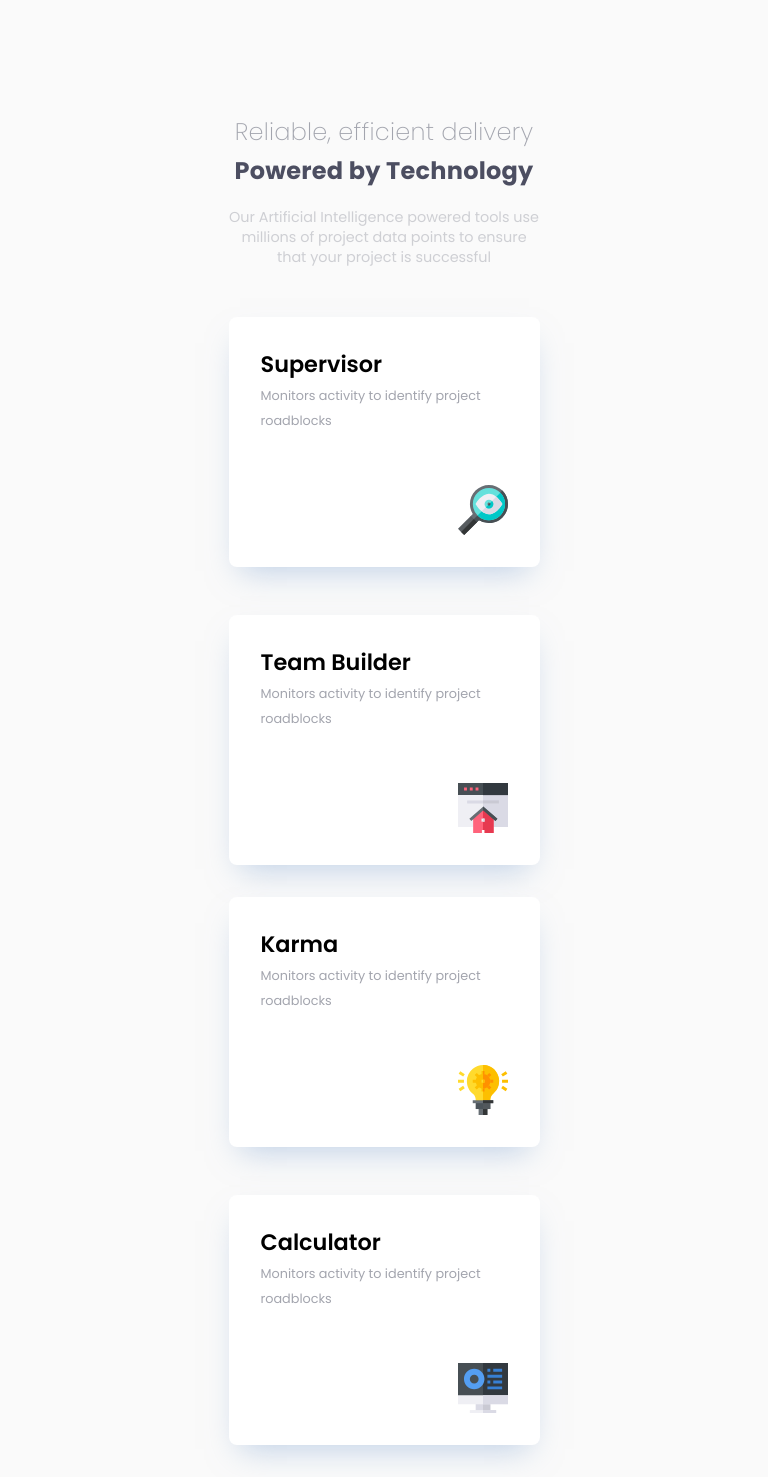
Repository: brandontaylor1/four-card-feature
Page: index.html
An editor plug-in stored every save of this project. The page is shown before and after the next save, followed by the edit.
The browser window is 768 px wide. The pictures show the whole page.

Above is the page before, as saved 2025-01-10 19:45:10.

After the next save:
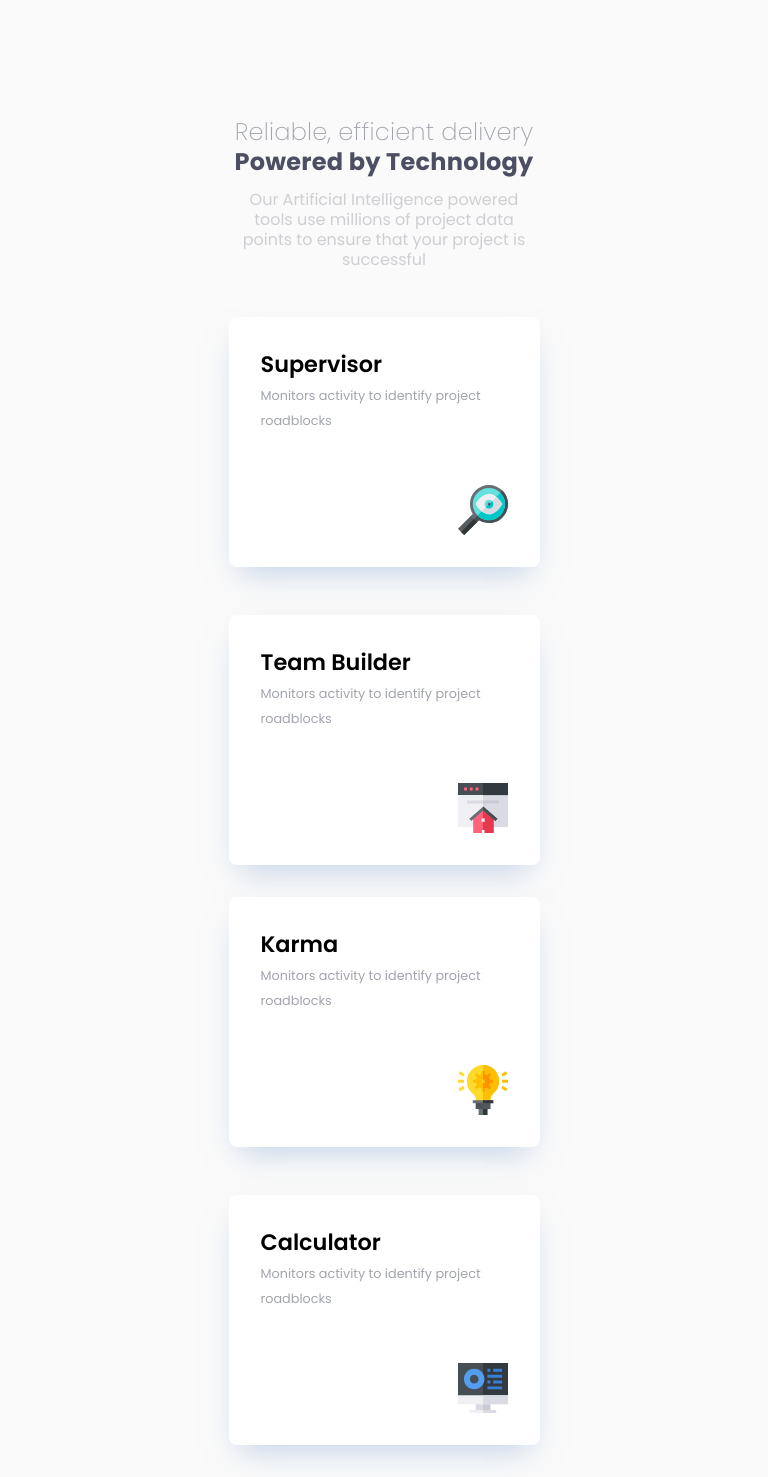
Saved 28 s later.
--- a/styles.css
+++ b/styles.css
@@ -135,7 +135,7 @@
     }
 
     .page-content p {
-        font-size: .9rem;
+        font-size: 1rem;
         line-height: 20px;
     }
 
